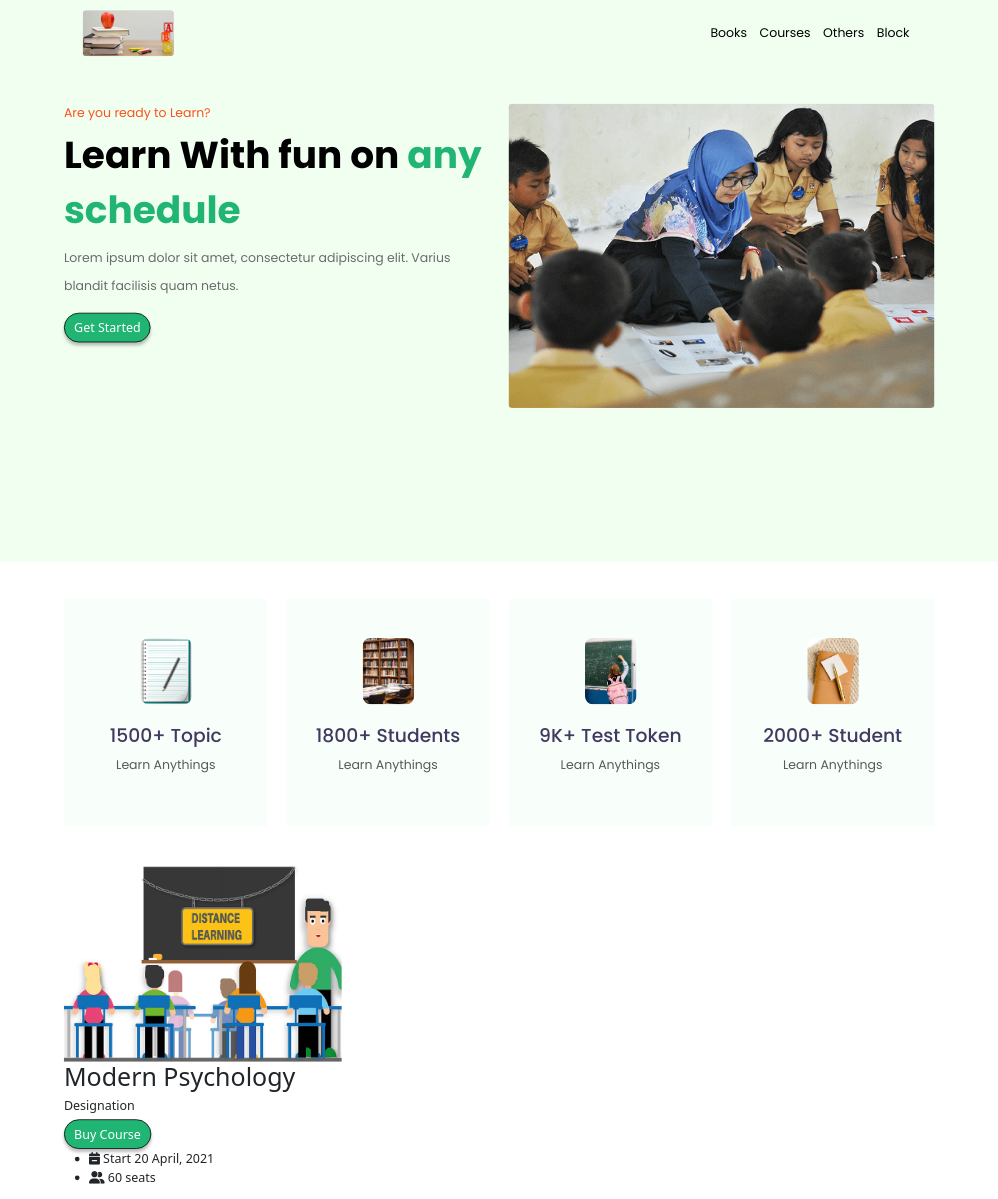
Repository: zjria/Figma-to-E-school
Page: index.html
The author's editor kept a copy of each file at every save. The page is drawn from the files as they stood at one save, then again after the next save.
The browser window is 1280 px wide. The pictures show the whole page, at 78% of full size.
Some web libraries are served in a nearby version.

Above is the page before, as saved 2022-05-07 07:21:31.

### index.html
<!doctype html>
<html lang="en">
  <head>
    <!-- Required meta tags -->
    <meta charset="utf-8">
    <meta name="viewport" content="width=device-width, initial-scale=1">
    <title>E-School</title>

    <!-- Google Font family -->
    <link rel="preconnect" href="https://fonts.googleapis.com">
    <link rel="preconnect" href="https://fonts.gstatic.com" crossorigin>
    <link href="https://fonts.googleapis.com/css2?family=Poppins:wght@100;300;400;500;600;700;800;900&display=swap" rel="stylesheet">
    <!-- Bootstrap CSS -->
    <link href="https://cdn.jsdelivr.net/npm/bootstrap@5.0.2/dist/css/bootstrap.min.css" rel="stylesheet">
    <!-- Font awesome -->
    <link rel="stylesheet" href="https://cdnjs.cloudflare.com/ajax/libs/font-awesome/6.1.1/css/all.min.css">
    <!-- custom css -->
    <link rel="stylesheet" href="style.css">
  </head>
  <body>
    <section class="hero-section">
        <div class="container">
            <div class="row">
                <nav class="navbar navbar-expand-md navbar-light">
                    <div class="container-fluid">
                      <a class="navbar-brand" href="#"><img class="img-fluid rounded-3" src="images/logo.png" alt=""></a>
                      <button class="navbar-toggler" type="button" data-bs-toggle="collapse" data-bs-target="#navbarSupportedContent" aria-controls="navbarSupportedContent" aria-expanded="false" aria-label="Toggle navigation">
                        <span class="navbar-toggler-icon"></span>
                      </button>
                      <div class="collapse navbar-collapse" id="navbarSupportedContent">
                        <ul class="navbar-nav me-auto mb-2 mb-lg-0">
                          <li class="nav-item">
                            <a class="nav-link" href="#">Books</a>
                          </li>
                          <li class="nav-item">
                            <a class="nav-link" href="#">Courses</a>
                          </li>
                          <li class="nav-item">
                            <a class="nav-link" href="#">Others</a>
                          </li>
                          <li class="nav-item">
                            <a class="nav-link" href="#">Block</a>
                          </li>
                        </ul>

                      </div>
                    </div>
                  </nav>
            </div>
            <!-- Header Content Section -->
            <div class="row pt-5">
              <div class="col-md-6 hero-content">
                <h5>Are you ready to Learn?</h5>
                <h1>Learn With fun on <span>any schedule</span></h1>
                <p>Lorem ipsum dolor sit amet, consectetur adipiscing elit. Varius blandit facilisis quam netus.</p>
                <a href="" class="btn btn-custom">Get Started</a>
              </div>
              <div class="col-md-6">
                <img src="images/hero-img.png" class="img-fluid rounded-3" alt="">
              </div>
            </div>
        </div>
    </section>

     <!-- Feature -->
     <section class="feature mt-5 mb-5">
      <div class="container">
        <div class="row">
          <div class="col-md-3">
            <div class="feature-content text-center">
              <img src="images/price-1.png" class="img-fluid" alt="">
              <h3>1500+ Topic</h3>
              <p>Learn Anythings</p>
            </div>
          </div>
          <div class="col-md-3">
            <div class="feature-content text-center">
              <img src="images/price-2.png" class="img-fluid" alt="">
              <h3>1800+ Students</h3>
              <p>Learn Anythings</p>
            </div>
          </div>
          <div class="col-md-3">
            <div class="feature-content text-center">
              <img src="images/price-3.png" class="img-fluid" alt="">
              <h3>9K+ Test Token</h3>
              <p>Learn Anythings</p>
            </div>
          </div>
          <div class="col-md-3">
            <div class="feature-content text-center">
              <img src="images/price-4.png" class="img-fluid" alt="">
              <h3>2000+ Student</h3>
              <p>Learn Anythings</p>
            </div>
          </div>
        </div>
      </div>
     </section>

     <!-- Online Course -->
     <section class="online-course">
       <div class="container">
         <div class="row">
           <div class="col-md-4">
            <div class="course">
              <img src="images/online-1.png" class="img-fluid" alt="">
              <h2>Modern Psychology</h2>
              <h6>Designation</h6>
              <a href="" class="btn btn-custom">Buy Course</a>
              <ul>
                <li><i class="fa-solid fa-calendar-minus"></i> Start 20  April, 2021</li>
                <li><i class="fa-solid fa-user-group"></i> 60 seats</li>
              </ul>
            </div>
           </div>
           <div class="col-md-4"></div>
           <div class="col-md-4"></div>
         </div>
       </div>
     </section>






    <!-- Option 1: Bootstrap Bundle with Popper -->
    <script src="https://cdn.jsdelivr.net/npm/bootstrap@5.0.2/dist/js/bootstrap.bundle.min.js"></script>
  </body>
</html>

### style.css
/* font-family: 'Poppins', sans-serif; */
.hero-section{
    background: #F0FFF0;
    min-height: 100vh;
}
.navbar-light .navbar-nav .nav-link {
    color: rgb(0, 0, 0);
    font-family: 'Poppins', sans-serif;
    font-style: normal;
    font-weight: 400;
    font-size: 16px;
    line-height: 24px;
}
.navbar-light .navbar-nav .nav-link:hover {
    color: #C2B49D;
}
.navbar-brand img{
    width: 15%;
}
.hero-content h5 {
    font-family: 'Poppins';
    font-style: normal;
    font-weight: 400;
    font-size: 16px;
    line-height: 24px;
    color: #FD511A;
}
.hero-content h1 {
    font-family: 'Poppins';
    font-style: normal;
    font-weight: 700;
    font-size: 48px;
    line-height: 70px;
    color: #000000;
}
.hero-content h1 span{
    color: #21B573
}
.hero-content p {
    font-family: 'Poppins';
    font-style: normal;
    font-weight: 400;
    font-size: 16px;
    line-height: 36px;
    color: #6C6B6B;
}
.btn-custom{
    background: #21B573;
    border: 1px solid #000000;
    box-shadow: 0px 4px 4px rgba(0, 0, 0, 0.25);
    border-radius: 33px;
    color: #fff;
}
.feature-content{
    background: #F8FFFB;
    padding: 50px 0;
}
.feature-content img{
    width: 66px;
    height: 85px;
    margin-bottom: 22px;
    border-radius: 10px;

}
.feature-content h3{
font-family: 'Poppins';
font-style: normal;
font-weight: 500;
font-size: 24px;
line-height: 36px;color: #413960;
}
.feature-content p{
font-family: 'Poppins';
font-style: normal;
font-weight: 400;
font-size: 16px;
line-height: 24px;color: #585859;
}
.feature-content:hover{
    background: #FFFFFF;
    box-shadow: 0px 20px 40px rgba(0, 0, 0, 0.1);
    border-radius: 10px;
}

After the next save:
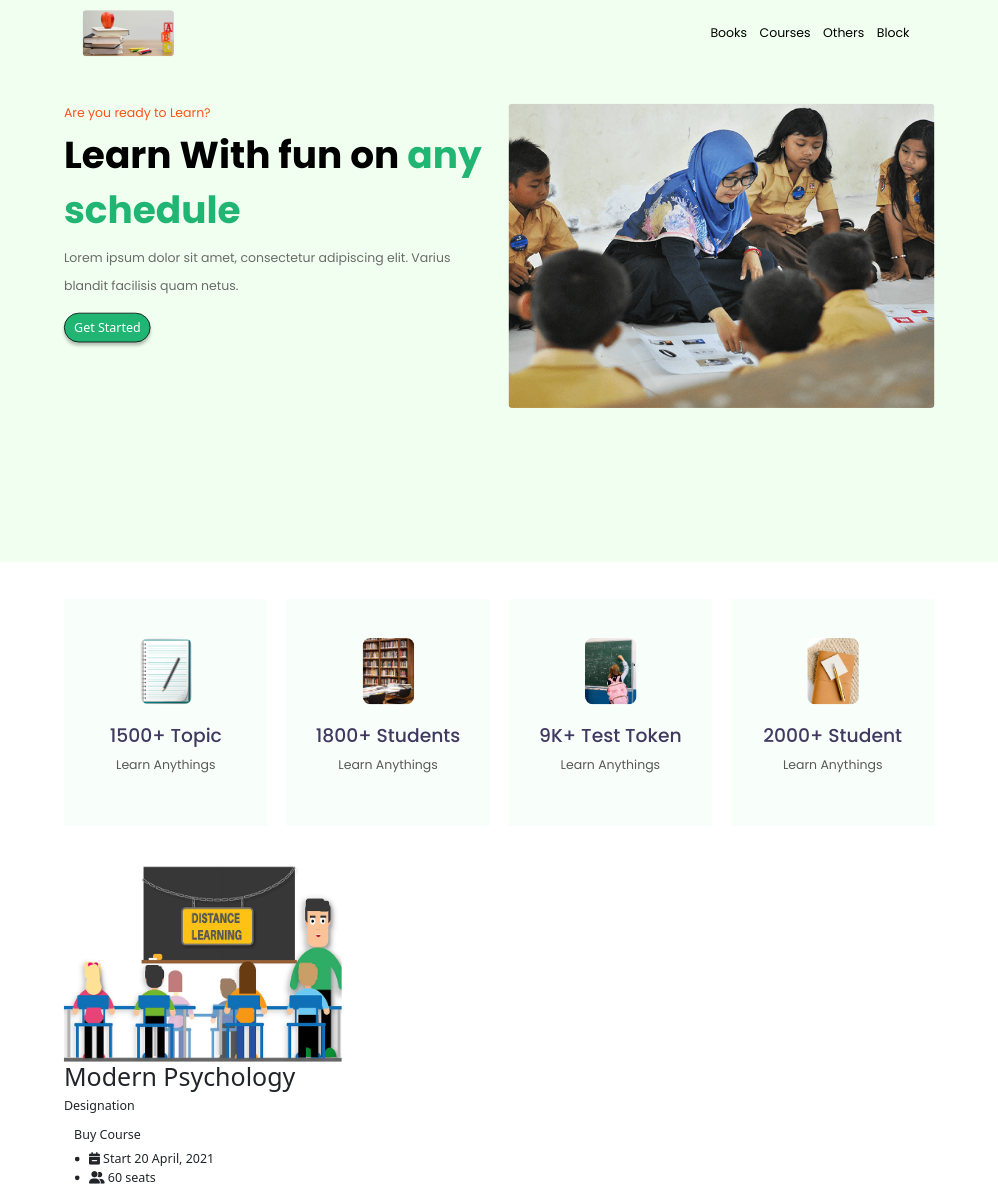
Saved 38 s later.
--- a/index.html
+++ b/index.html
@@ -107,7 +107,7 @@
               <img src="images/online-1.png" class="img-fluid" alt="">
               <h2>Modern Psychology</h2>
               <h6>Designation</h6>
-              <a href="" class="btn btn-custom">Buy Course</a>
+              <a href="" class="btn btn-cours">Buy Course</a>
               <ul>
                 <li><i class="fa-solid fa-calendar-minus"></i> Start 20  April, 2021</li>
                 <li><i class="fa-solid fa-user-group"></i> 60 seats</li>
